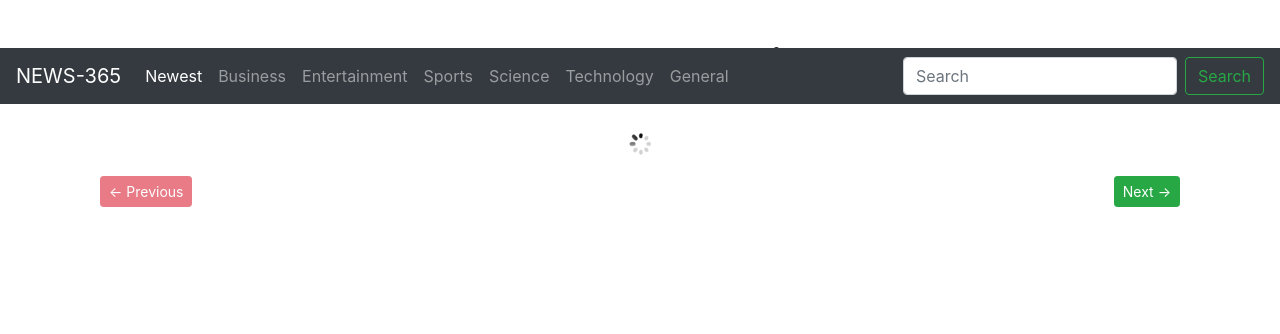
Repository: shah-zx/NewsApp
Page: /sports
The author's editor kept a copy of each file at every save. The page is drawn from the files as they stood at one save, then again after the next save.
The browser window is 1280 px wide. The pictures show the whole page.
The page's requests for data from a server got no answer. Some web libraries are served in a nearby version. The project was rebuilt for these pictures with package versions that can differ from the ones it lists, and the page was loaded fresh each time. No one was signed in, and anything a server would have sent is missing. Also part of the build but not shown: src/components/NewsItem.js.

Above is the page before, as saved 2021-11-05 12:01:04.

After the next save:
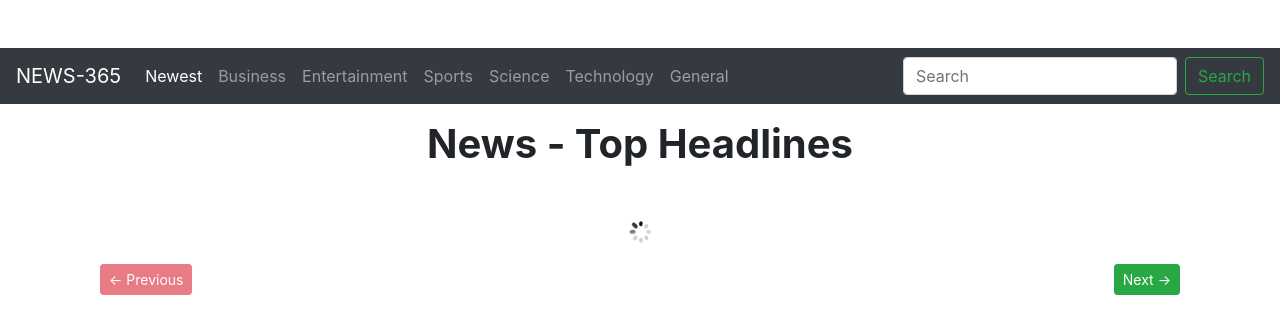
Saved 63 s later.
--- a/src/App.css
+++ b/src/App.css
@@ -40,7 +40,7 @@
 
 .text-center {
   margin-bottom: 1em;
-  margin-top: 1em;
+  margin-top: 3em;
   font-weight: 700;
 
 }
